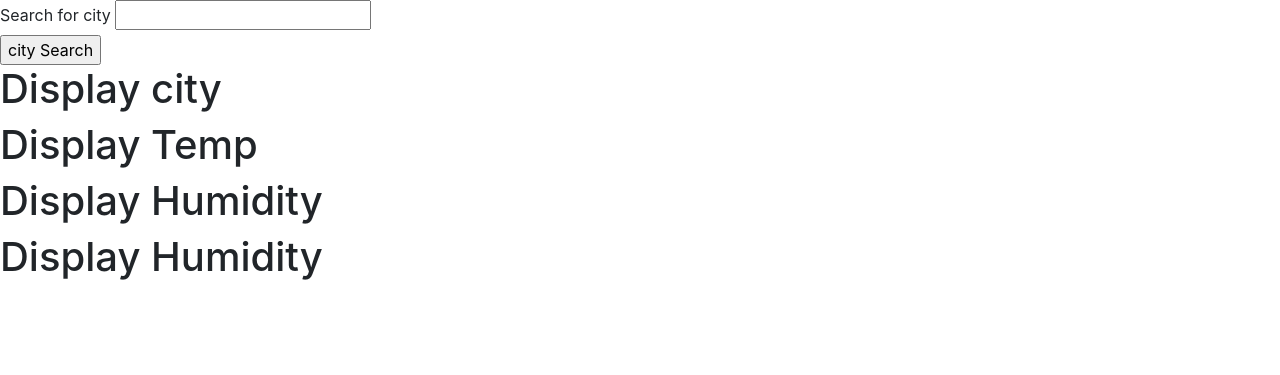
Repository: Mf948/YourWeather
Page: index.html
An editor plug-in stored every save of this project. The page is shown before and after a run of saves, followed by the edit.
The browser window is 1280 px wide. The pictures show the whole page.
Some web libraries are served in a nearby version.

Above is the page before, as saved 2020-12-14 20:09:04.

### index.html
<!DOCTYPE html>
<html lang="en">
<head>
    <meta charset="UTF-8">
    <meta name="viewport" content="width=device-width, initial-scale=1.0">
    <title>Your Weather</title>
 <link rel="stylesheet" href="Style.css">
 <link rel="stylesheet" href="https://maxcdn.bootstrapcdn.com/bootstrap/4.0.0/css/bootstrap.min.css" integrity="sha384-Gn5384xqQ1aoWXA+058RXPxPg6fy4IWvTNh0E263XmFcJlSAwiGgFAW/dAiS6JXm" crossorigin="anonymous">

</head>
<body>
    <form id="city-form">
        <label for="movie-input">Search for city</label>
        <input type="text" id="city-input"><br>
        <input id="find-city" type="submit" value="city Search">
    </form>
<div id="city1">
    <h1 id ="displaycity">Display city</h1>
    <h1 id ="displayTemperature">Display Temp</h1>
    <h1 id ="displayHumidity">Display Humidity</h1>
    <h1 id ="displayHumidity">Display Humidity</h1>


</div>
<div id="city1"></div>

   <script src="https://cdnjs.cloudflare.com/ajax/libs/jquery/3.2.1/jquery.min.js"></script>
   <script src="script.js"></script>
</body>
</html>

### Style.css
.header {
    width: 100%;
    height: 80px;
    background-color: black;
}
.inerheader{
    width: 60%;
    text-: cornsilk;
    background-color: cornsilk;
    height: auto;
    margin: 0 auto;

}

### script.js
$(document).ready(function() {
//api.openweathermap.org/data/2.5/weather?q={city name}&appid={API key}

  // This .on("click") function will trigger the AJAX Call
  $("#find-city").on("click", function(event) {

    // Preventing the submit button from trying to submit the form
    // We're optionally using a form so the user may hit Enter to search instead of clicking the button
    event.preventDefault();

    // Here we grab the text from the input box
    var city = $("#city-input").val();

    // Here we construct our URL
    var queryURL = "https://api.openweathermap.org/data/2.5/weather?q=" + city + "&appid=f235f42a755f4529b0fca0891283af30";

    // Write code between the dashes below to hit the queryURL with $ajax, then take the response data
    // and display it in the div with an id of movie-view

    // YOUR CODE GOES IN THESE DASHES. DO NOT MANUALLY EDIT THE HTML ABOVE


    // =================================================================

    // CODE GOES HERE

    $.ajax({
  url: queryURL,
  method: "GET"
}).then(function(response) {
    console.log(response)
//$("#movie-view").text(JSON.stringify(response));
});

    // =================================================================
  });
});

After the next 4 saves:
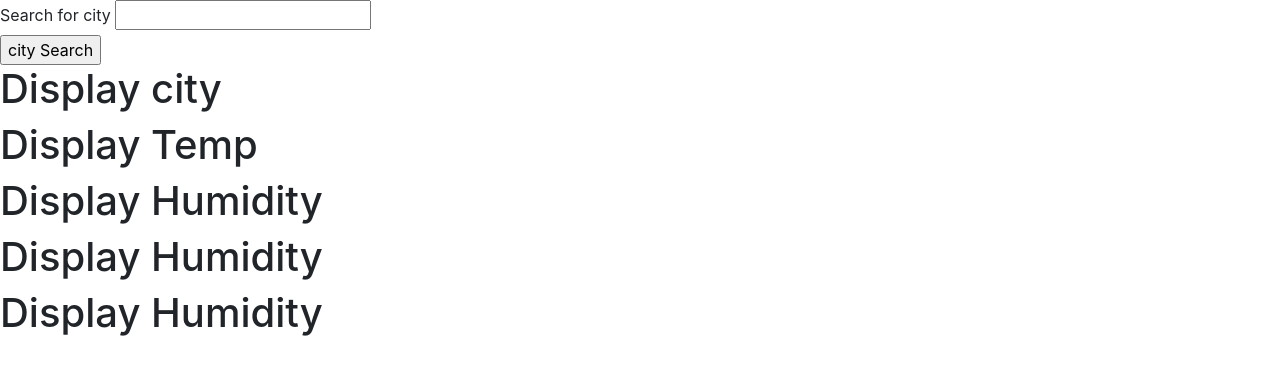
The 4 saves are shown as one change because they came seconds apart.
The last was saved 15 s later.
--- a/index.html
+++ b/index.html
@@ -18,6 +18,7 @@
     <h1 id ="displaycity">Display city</h1>
     <h1 id ="displayTemperature">Display Temp</h1>
     <h1 id ="displayHumidity">Display Humidity</h1>
+    <h1 id ="displayWind">Display Humidity</h1>
     <h1 id ="displayHumidity">Display Humidity</h1>
 
 
